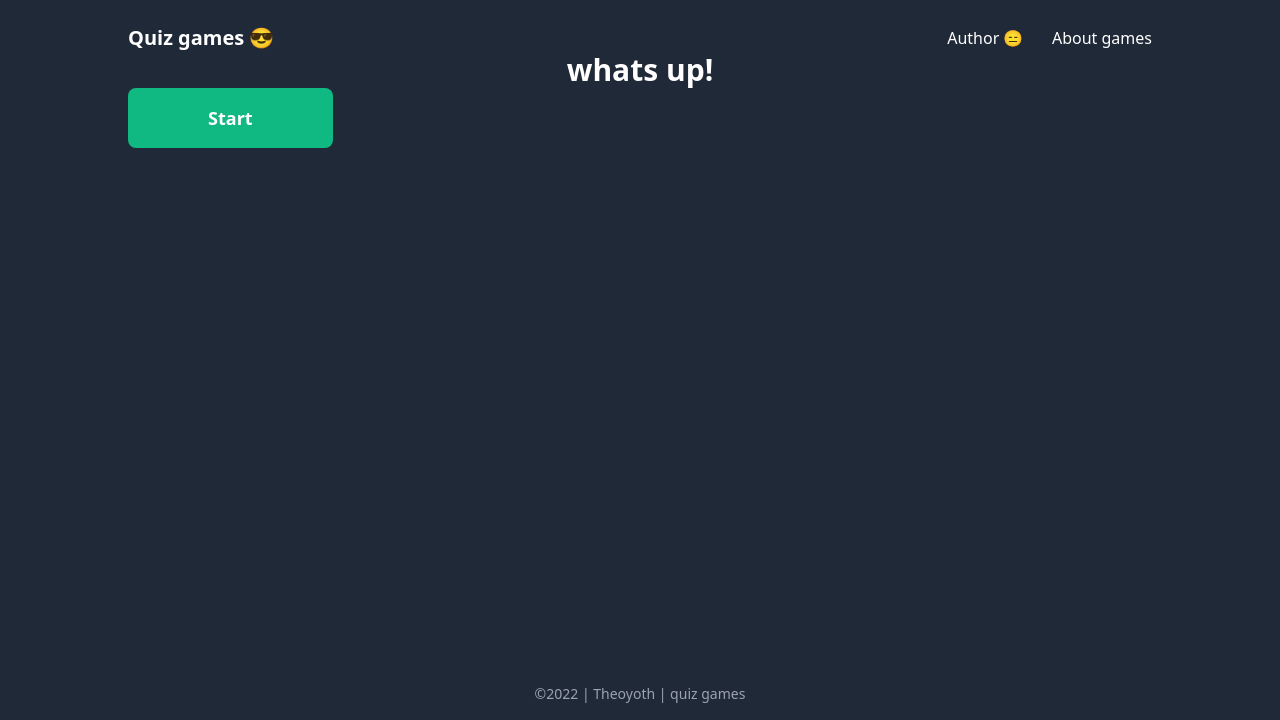
Repository: theoyoth/quiz-game
Page: /
These files come from the project's save history. The page is drawn as it stood at one moment and after the next save; the edit follows.
The browser window is 1280 px wide. The pictures show the whole page.
The project was rebuilt for these pictures with package versions that can differ from the ones it lists, and the page was loaded fresh each time. The framework's server and built-in components were replaced by stand-ins that run in the browser. Also part of the build but not shown: nuxt.config.js, components/EndPage.vue, layouts/404.vue, layouts/error.vue, layouts/errorLayout.vue.

Above is the page before, as saved 2022-06-14 17:41:42.

After the next save:
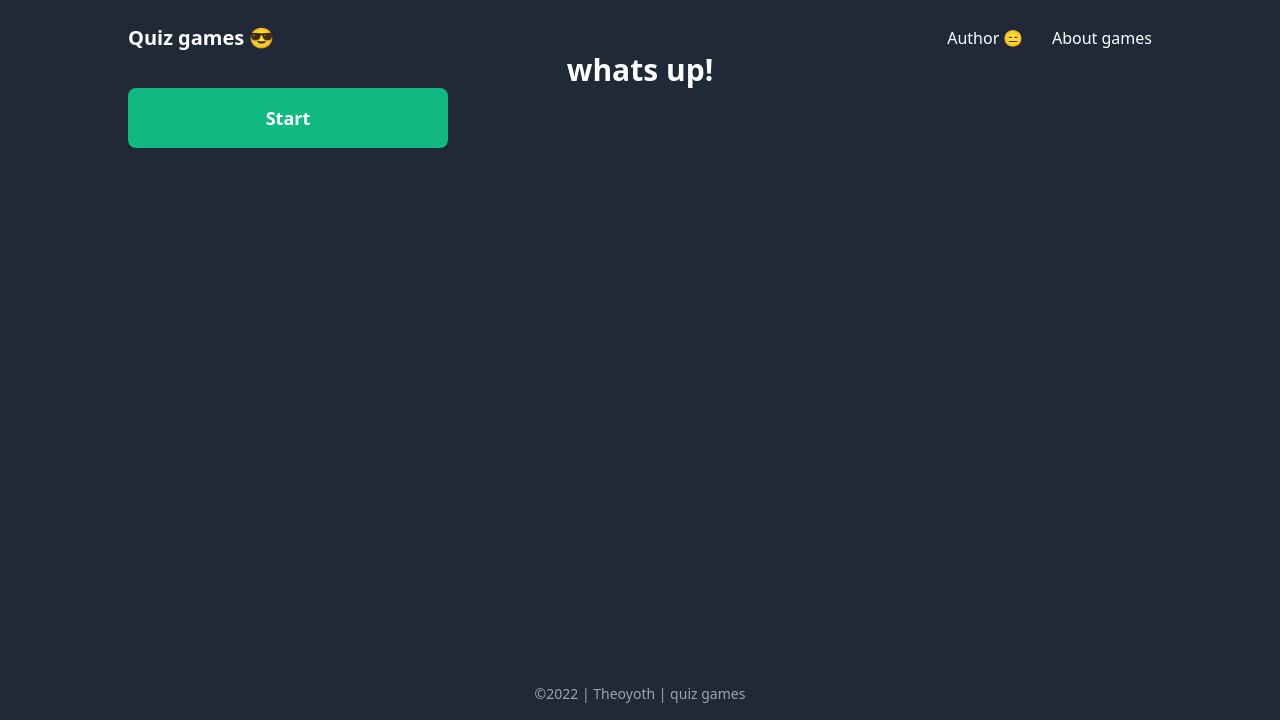
Saved 23 s later.
--- a/pages/index.vue
+++ b/pages/index.vue
@@ -3,7 +3,7 @@
     <h1 class="text-3xl font-bold text-center">whats up!</h1>
     <div>
       <NuxtLink to="/game">
-        <div class="w-1/5 p-4 bg-green-500 rounded-lg text-center">
+        <div class="w-80 p-4 bg-green-500 rounded-lg text-center">
           <p class="font-semibold text-lg">Start</p>
         </div>
       </NuxtLink>
